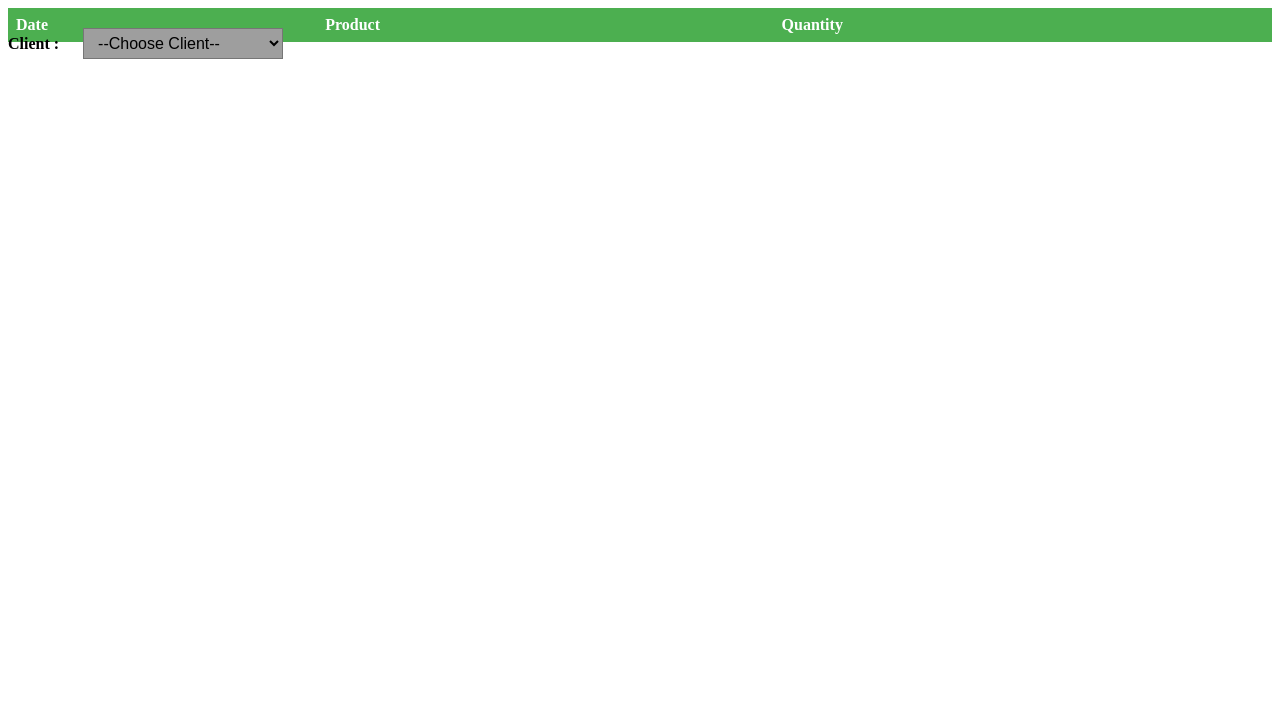
Repository: erjaimin/coding-ground
Page: http://localhost/SalesWebApp/stats.jsp
The author's editor kept a copy of each file at every save. The page is drawn from the files as they stood at one save, then again after the next save.
The browser window is 1280 px wide. The pictures show the whole page.
Pictures or frames that could not be fetched are drawn as grey boxes. Some web libraries are served in a nearby version. The page is served by Tomcat 9. Queries for data that is not in the repository find no rows.

Above is the page before, as saved 2017-11-28 18:40:31.

After the next save:
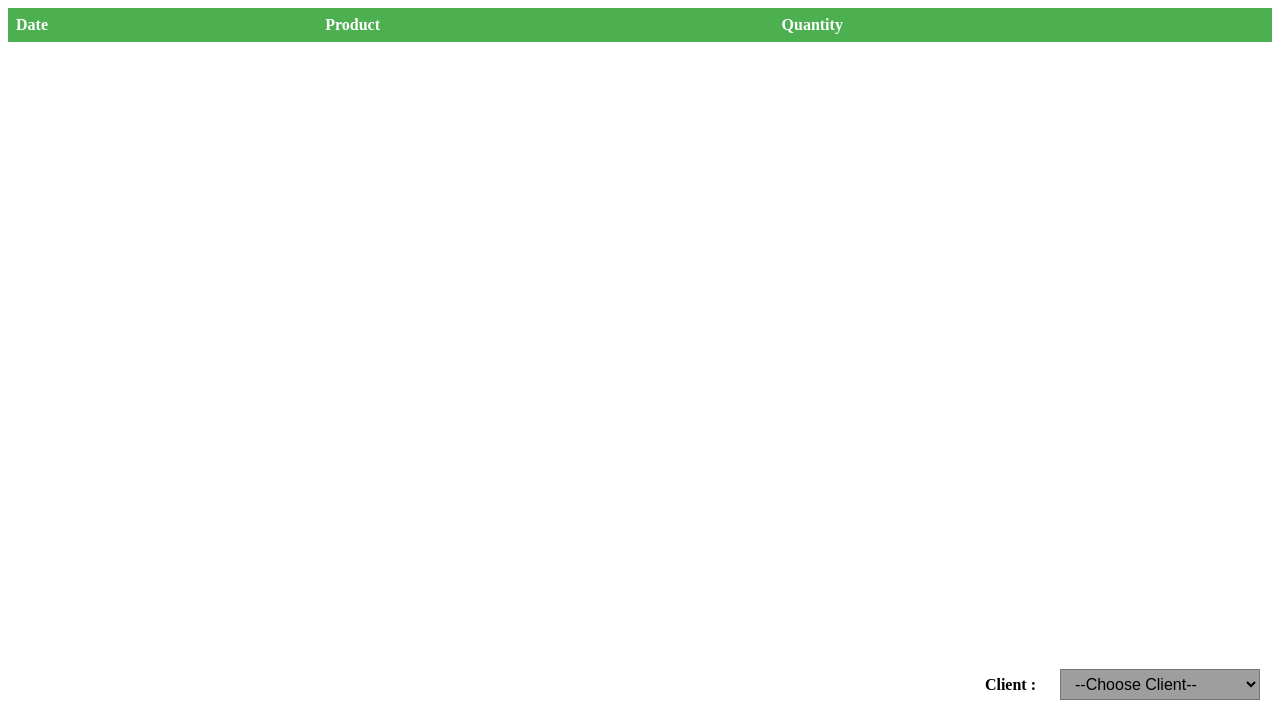
Saved 40 s later.
--- a/SalesWebApp/WebContent/stats.jsp
+++ b/SalesWebApp/WebContent/stats.jsp
@@ -85,6 +85,9 @@
 	<style type="text/css">
 		.header{
 			position: fixed;
+			bottom: 0;
+			right: 0;
+			z-index: 3000;
 		}
 		#customerDropDown{
 			  -webkit-appearance: button;
